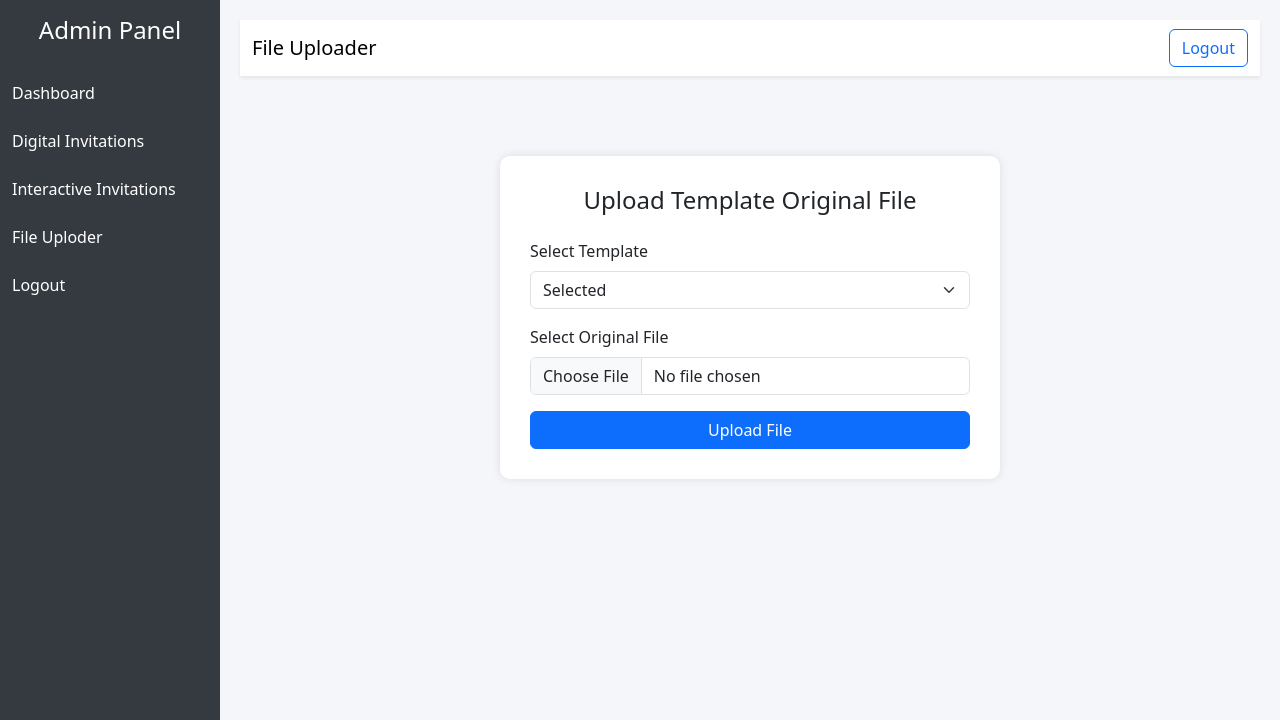
Repository: viraj7551/Flying-Invite-Project
Page: http://localhost/Admin03/file_uploader.jsp
The author's editor kept a copy of each file at every save. The page is drawn from the files as they stood at one save, then again after the next save.
The browser window is 1280 px wide. The pictures show the whole page.
Some web fonts or font styles are not loaded; a fallback is used. The page is served by Tomcat 9. Queries for data that is not in the repository find no rows.

Above is the page before, as saved 2026-05-28 14:25:51.

After the next save:
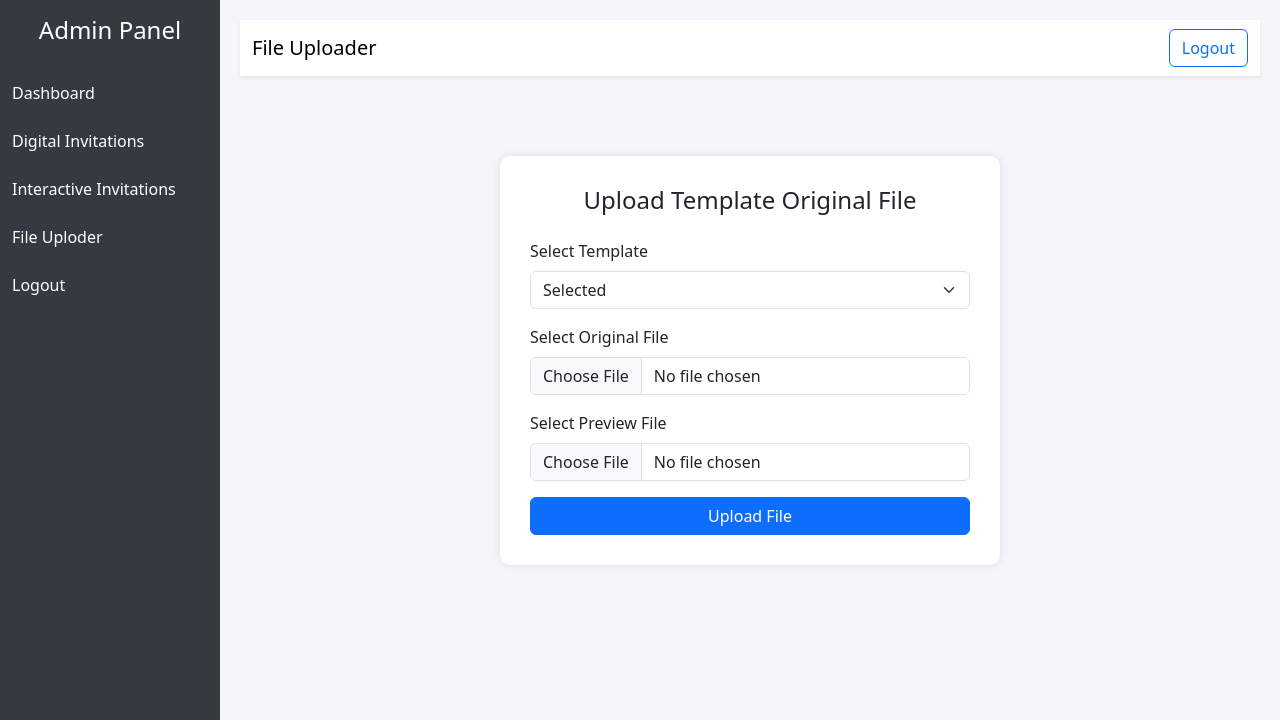
Saved 11 s later.
--- a/Admin03/WebContent/file_uploader.jsp
+++ b/Admin03/WebContent/file_uploader.jsp
@@ -173,6 +173,11 @@ margin-left:0;
             <input type="file" name="file" class="form-control" required>
       </div>
 
+            <div class="mb-3">
+         <label class="form-label">Select Preview File</label>
+            <input type="file" name="file" class="form-control" required>
+      </div>
+
      <div class="d-grid">
          <button class="btn btn-primary">Upload File</button>
       </div>
